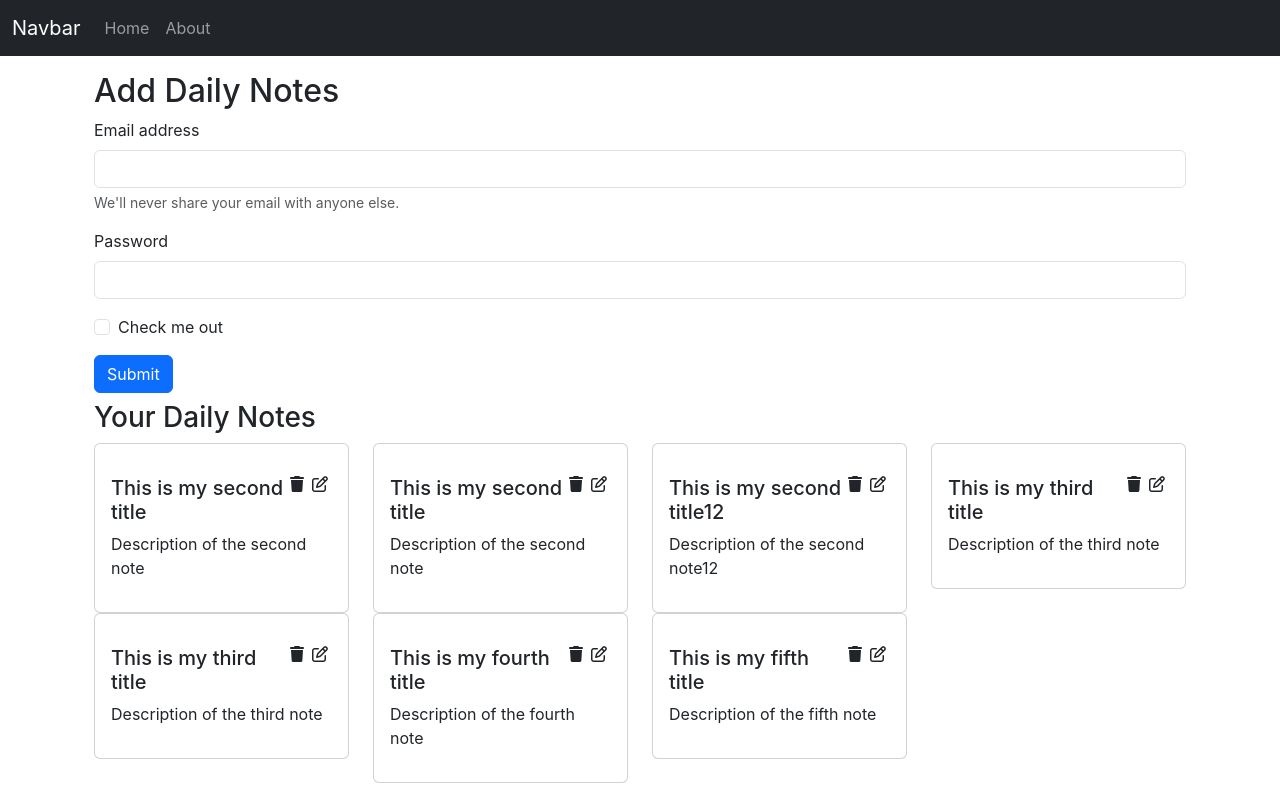
Repository: alphacode77/DailyNotes-react
Page: /
The author's editor kept a copy of each file at every save. The page is drawn from the files as they stood at one save, then again after the next save.
The browser window is 1280 px wide. The pictures show the whole page.
Some web libraries are served in a nearby version. The project was rebuilt for these pictures with package versions that can differ from the ones it lists, and the page was loaded fresh each time. Also part of the build but not shown: src/App.css, src/components/About.js.

Above is the page before, as saved 2023-02-25 22:37:06.

### public/index.html
<!DOCTYPE html>
<html lang="en">
  <head>
    <meta charset="utf-8" />
    <link rel="icon" href="%PUBLIC_URL%/favicon.ico" />
    <meta name="viewport" content="width=device-width, initial-scale=1" />
    <meta name="theme-color" content="#000000" />
    <meta
      name="description"
      content="Web site created using create-react-app"
    />
    <link rel="apple-touch-icon" href="%PUBLIC_URL%/logo192.png" />
    <!--
      manifest.json provides metadata used when your web app is installed on a
      user's mobile device or desktop. See https://developers.google.com/web/fundamentals/web-app-manifest/
    -->
    <link rel="manifest" href="%PUBLIC_URL%/manifest.json" />
    <!--
      Notice the use of %PUBLIC_URL% in the tags above.
      It will be replaced with the URL of the `public` folder during the build.
      Only files inside the `public` folder can be referenced from the HTML.

      Unlike "/favicon.ico" or "favicon.ico", "%PUBLIC_URL%/favicon.ico" will
      work correctly both with client-side routing and a non-root public URL.
      Learn how to configure a non-root public URL by running `npm run build`.
    -->
    <link href="https://cdn.jsdelivr.net/npm/bootstrap@5.3.0-alpha1/dist/css/bootstrap.min.css" rel="stylesheet" integrity="sha384-GLhlTQ8iRABdZLl6O3oVMWSktQOp6b7In1Zl3/Jr59b6EGGoI1aFkw7cmDA6j6gD" crossorigin="anonymous">
    <title>React App</title>
  </head>
  <body>
    <noscript>You need to enable JavaScript to run this app.</noscript>
    <div id="root"></div>
    <!--
      This HTML file is a template.
      If you open it directly in the browser, you will see an empty page.

      You can add webfonts, meta tags, or analytics to this file.
      The build step will place the bundled scripts into the <body> tag.

      To begin the development, run `npm start` or `yarn start`.
      To create a production bundle, use `npm run build` or `yarn build`.
    -->
    <script src="https://cdn.jsdelivr.net/npm/bootstrap@5.3.0-alpha1/dist/js/bootstrap.bundle.min.js" integrity="sha384-w76AqPfDkMBDXo30jS1Sgez6pr3x5MlQ1ZAGC+nuZB+EYdgRZgiwxhTBTkF7CXvN" crossorigin="anonymous"></script>
    <script src="https://kit.fontawesome.com/320aa9be75.js" crossorigin="anonymous"></script>
  </body>
</html>

### src/index.css
body {
  margin: 0;
  font-family: -apple-system, BlinkMacSystemFont, 'Segoe UI', 'Roboto', 'Oxygen',
    'Ubuntu', 'Cantarell', 'Fira Sans', 'Droid Sans', 'Helvetica Neue',
    sans-serif;
  -webkit-font-smoothing: antialiased;
  -moz-osx-font-smoothing: grayscale;
}

code {
  font-family: source-code-pro, Menlo, Monaco, Consolas, 'Courier New',
    monospace;
}


/* Custom Styles */
i{
  cursor: pointer;
}

### src/App.js
import './App.css';
import Navbar from './components/Navbar';
import Home from './components/Home';
import About from './components/About';
import NoteState from './Context/Notes/NoteState';
import {
  BrowserRouter as Router,
  Route,
  Routes
} from "react-router-dom";

function App() {
  return (
    <>
    <NoteState>
    <Router>
      <Navbar/>
    <div className='container'>
    <Routes>
      <Route exact path="/" element={<Home/>} />
      <Route exact path="/home" element={<Home/>} />
      <Route exact path="/about" element={<About/>} />
      {/* <Route exactPath="/navbar" element={<Navbar/>} /> */}
    </Routes>
    </div>
  </Router>
  </NoteState>
    </>

  );
}

export default App;

### src/components/Navbar.js
import React, { useEffect }  from 'react'
import { Link , useLocation} from 'react-router-dom'

const Navbar = ()=>{
  let location = useLocation();
  useEffect(()=>{
console.log(location.pathname)
  },[location])
  return (
     <>
     <nav className="navbar navbar-expand-lg navbar-dark  bg-dark">
  <div className="container-fluid">
    <Link className="navbar-brand" to="/">Navbar</Link>
    <button className="navbar-toggler" type="button" data-bs-toggle="collapse" data-bs-target="#navbarSupportedContent" aria-controls="navbarSupportedContent" aria-expanded="false" aria-label="Toggle navigation">
      <span className="navbar-toggler-icon"></span>
    </button>
    <div className="collapse navbar-collapse" id="navbarSupportedContent">
      <ul className="navbar-nav me-auto mb-2 mb-lg-0">
        <li className="nav-item">
          <Link className={`nav-link  ${location.pathname==="/home"?"active":""}`} aria-current="page" to="/home">Home</Link>
        </li>
        <li className="nav-item">
          <Link className={`nav-link ${location.pathname==="/about"?"active":""}`} to="/about">About</Link>
        </li>
      </ul>
    </div>
  </div>
</nav>
     </>
    )
}

export default Navbar

### src/components/Home.js
import React from "react"
import Notes from "./Notes"

const Home =()=>{

    return(
        <>
        <div className="container my-3">
            <h2> Add Daily Notes</h2>
        <form className="my-2">
  <div class="mb-3">
    <label for="exampleInputEmail1" class="form-label">Email address</label>
    <input type="email" class="form-control" id="exampleInputEmail1" aria-describedby="emailHelp"/>
    <div id="emailHelp" class="form-text">We'll never share your email with anyone else.</div>
  </div>
  <div class="mb-3">
    <label for="exampleInputPassword1" class="form-label">Password</label>
    <input type="password" class="form-control" id="exampleInputPassword1"/>
  </div>
  <div class="mb-3 form-check">
    <input type="checkbox" class="form-check-input" id="exampleCheck1"/>
    <label class="form-check-label" for="exampleCheck1">Check me out</label>
  </div>
  <button type="submit" class="btn btn-primary">Submit</button>
</form>
<Notes/>
</div>

        </>
    )
}

export default Home

### src/Context/Notes/NoteState.js
import React,{useState} from "react";
import NoteContext from "./NoteContext"


const NoteState = (props)=>{
   const initalNotes= [
    {
      "_id": "63f3b6c7c686985aada677be",
      "user": "63f20b9a00ad623ad3d4dae2",
      "title": "This is my second title",
      "description": "Description of the second note",
      "tag": "demo check",
      "date": "2023-02-20T18:07:03.296Z",
      "__v": 0
    },
    {
      "_id": "63f3b892a3086ff244bcc267",
      "user": "63f20b9a00ad623ad3d4dae2",
      "title": "This is my second title",
      "description": "Description of the second note",
      "tag": "demo check",
      "date": "2023-02-20T18:14:42.184Z",
      "__v": 0
    },
    {
      "_id": "63f3b89ca3086ff244bcc26b",
      "user": "63f20b9a00ad623ad3d4dae2",
      "title": "This is my second title12",
      "description": "Description of the second note12",
      "tag": "demo check",
      "date": "2023-02-20T18:14:52.449Z",
      "__v": 0
    },
    {
      "_id": "63f49f58882156f0ed94969e",
      "user": "63f20b9a00ad623ad3d4dae2",
      "title": "This is my third title",
      "description": "Description of the third note",
      "tag": "personal",
      "date": "2023-02-21T10:39:20.800Z",
      "__v": 0
    },
    {
      "_id": "63f49f58882156f0ed94969e",
      "user": "63f20b9a00ad623ad3d4dae2",
      "title": "This is my third title",
      "description": "Description of the third note",
      "tag": "personal",
      "date": "2023-02-21T10:39:20.800Z",
      "__v": 0
    },
    {
      "_id": "63f9002ae5c6479c6e95d43e",
      "user": "63f20b9a00ad623ad3d4dae2",
      "title": "This is my fourth title",
      "description": "Description of the fourth note",
      "tag": "personal",
      "date": "2023-02-24T18:21:30.036Z",
      "__v": 0
    },
    {
      "_id": "63f90b33480d3d651f2ba231",
      "user": "63f20b9a00ad623ad3d4dae2",
      "title": "This is my fifth title",
      "description": "Description of the fifth note",
      "tag": "personal",
      "date": "2023-02-24T19:08:35.605Z",
      "__v": 0
    }
  ]
  const [notes,setNotes]=useState(initalNotes)
    return (
        <NoteContext.Provider value={{notes,setNotes}}>
            {props.children}
        </NoteContext.Provider>

    )
}

export default NoteState;

### src/components/Notes.js
import React,{useContext} from 'react'
import NoteContext from '../Context/Notes/NoteContext'
import Noteitem from "./Noteitem"

function Notes() {
    const context=useContext(NoteContext)
    const{notes,setNotes} = context
  return (
<div className="row my-2">
    <h3>Your Daily Notes</h3>
    {notes.map((notes)=>{
        return <Noteitem note={notes}/>
    })}
</div>
  )
}

export default Notes

### src/Context/Notes/NoteContext.js
import {createContext} from 'react'

const NoteContext = createContext();

export default NoteContext;

### src/components/Noteitem.js
import React from 'react'

const Noteitem=(props)=> {
    const {note}=props
  return (
    <div className='col-md-3'>
        <div className='card'>
            <div className='card-body my-3'>
              <div className='d-flex'>
              <h5 className='card-title'>{note.title}</h5>
              <i class="fa-solid fa-trash mx-1"></i>
              <i class="fa-regular fa-pen-to-square mx-1"></i>
              </div>
                <p className='card-text'>{note.description}</p>
            </div>
        </div>
    </div>
  )
}

export default Noteitem

Loaded but not shown: src/index.js (common file)

After the next save:
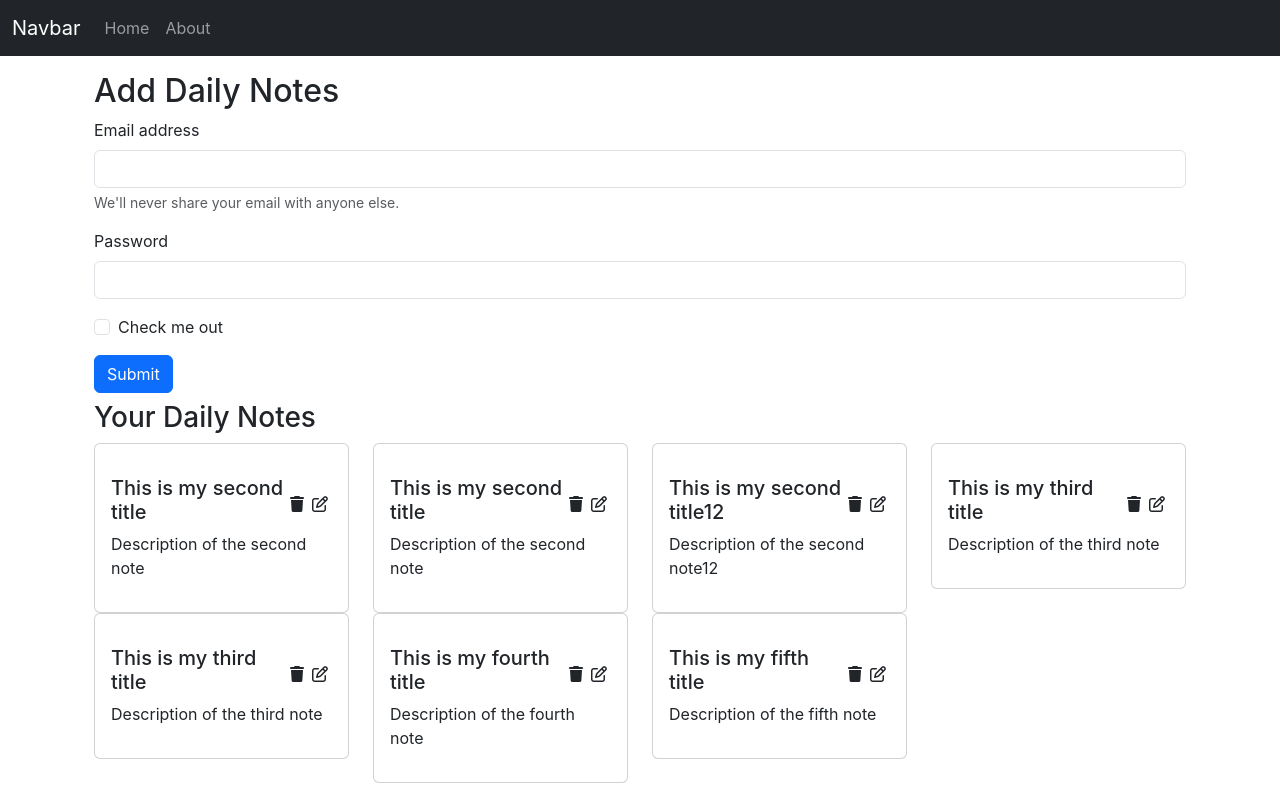
Saved 4 min 31 s later.
--- a/src/components/Noteitem.js
+++ b/src/components/Noteitem.js
@@ -6,10 +6,10 @@ const Noteitem=(props)=> {
     <div className='col-md-3'>
         <div className='card'>
             <div className='card-body my-3'>
-              <div className='d-flex'>
+              <div className='d-flex align-items-center'>
               <h5 className='card-title'>{note.title}</h5>
-              <i class="fa-solid fa-trash mx-1"></i>
-              <i class="fa-regular fa-pen-to-square mx-1"></i>
+              <i className="fa-solid fa-trash mx-1"></i>
+              <i className="fa-regular fa-pen-to-square mx-1"></i>
               </div>
                 <p className='card-text'>{note.description}</p>
             </div>
